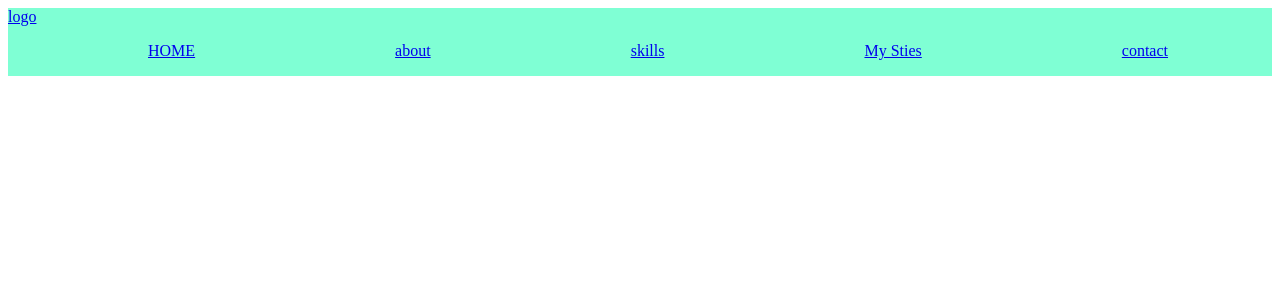
Repository: jun01270/jun
Page: index.html
An editor plug-in stored every save of this project. The page is shown before and after the next save, followed by the edit.
The browser window is 1280 px wide. The pictures show the whole page.

Above is the page before, as saved 2023-05-08 15:45:01.

After the next save:
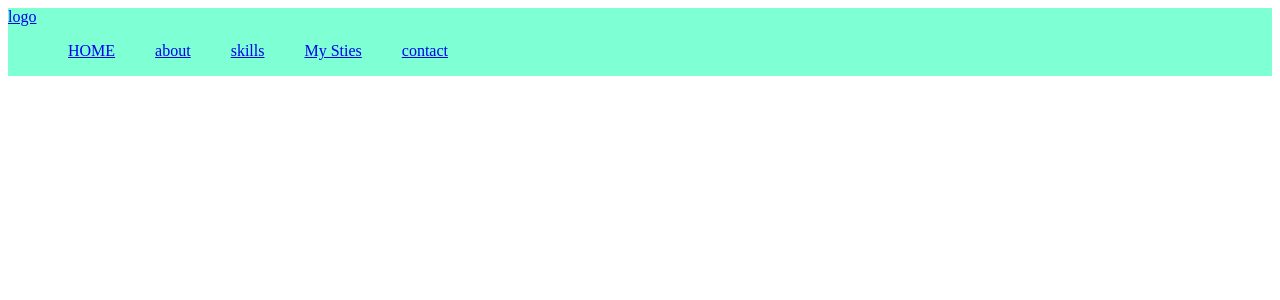
Saved 5 s later.
--- a/main.css
+++ b/main.css
@@ -15,5 +15,5 @@ html{
 }
 
 .menu-btn{
-    padding: 100px 100px;
+    padding: 20px
 }
